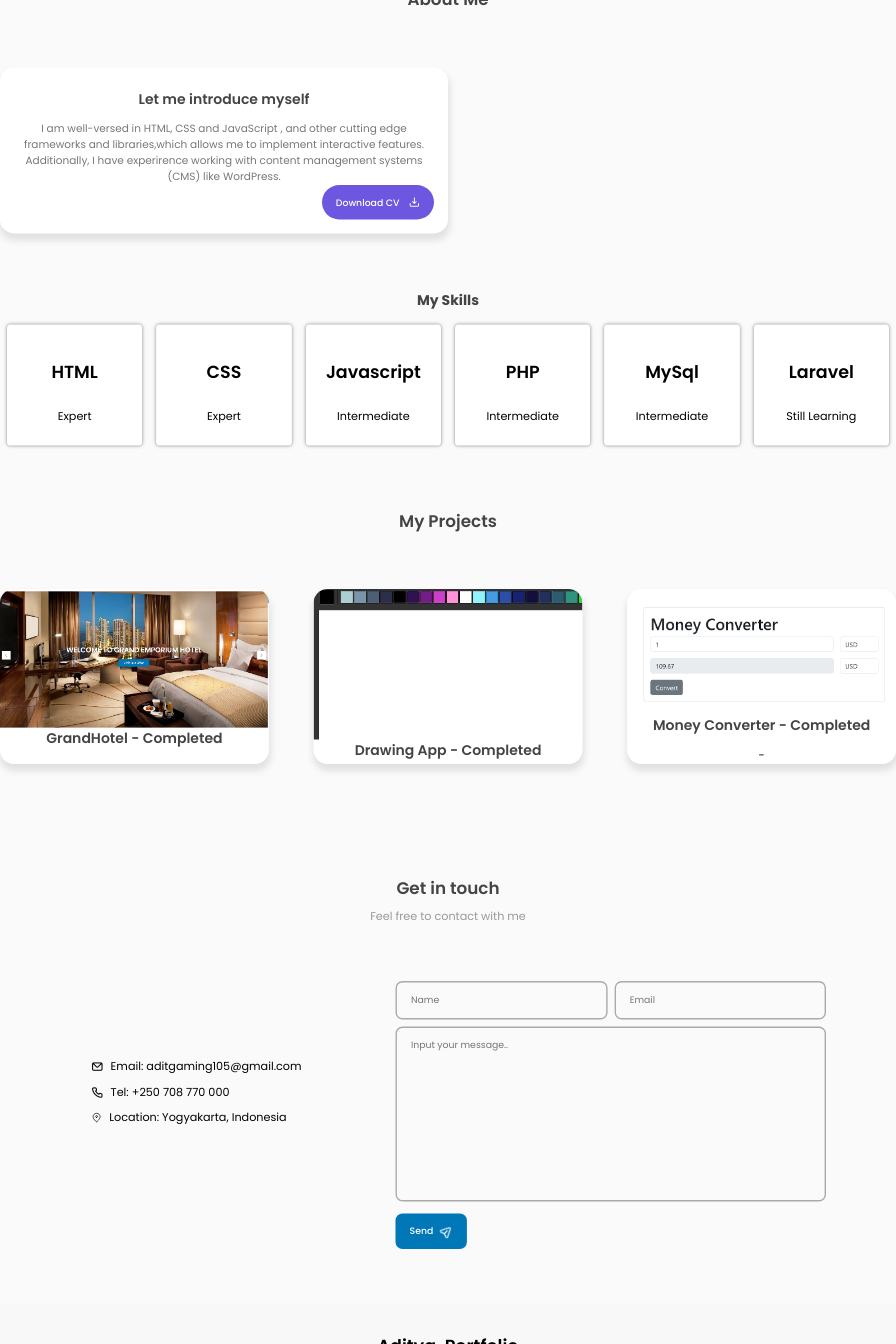
Repository: 4Kbrain/Portofolio
Page: index.html
An editor plug-in stored every save of this project. The page is shown before and after a run of saves, followed by the edit.
The browser window is 1280 px wide. The pictures show the part of the page from y = 818 to 2738 px (the page is 3007 px tall), at 70% of full size.

Above is the page before, as saved 2024-05-15 17:51:32.
Console error: ReferenceError: ScrollReveal is not defined

### index.html
<!DOCTYPE html>
<html lang="en">

<head>
    <meta charset="UTF-8">
    <meta name="viewport" content="width=device-width, initial-scale=1.0">
    <link rel="stylesheet" href="https://unicons.iconscout.com/release/v4.0.8/css/line.css">
    <link rel="stylesheet" href="assets/css/style.css">
    <link rel="shortcut icon" href="assets/img/favicon.png" type="image/x-icon">

    <title>Portfolio | Aditya</title>
</head>

<body>

    <div class="container">
        <!-- header -->
        <nav id="header">
            <div class="nav-logo">
                <a href="#home">
                    <p class="nav-name">Aditya</p>
                    <span>.</span>
                </a>
            </div>
            <div class="nav-menu" id="myNavMenu">
                <ul class="nav_menu_list">
                    <li class="nav_list">
                        <a href="#home" class="nav-link active-link">Home</a>
                        <div class="circle"></div>
                    </li>
                    <li class="nav_list">
                        <a href="#about" class="nav-link">About</a>
                        <div class="circle"></div>
                    </li>
                    <li class="nav_list">
                        <a href="#projects" class="nav-link">Projects</a>
                        <div class="circle"></div>
                    </li>
                    <li class="nav_list">
                        <a href="#contact" class="nav-link">Contact</a>
                        <div class="circle"></div>
                    </li>
                </ul>
            </div>
            <div class="nav-button">
                <a id="downloadCVButton" href="assets/CV/Aditya%20CV.pdf" download="CV.pdf" class="btn">Download CV <i
                        class="uil uil-file-alt"></i></a>
            </div>
            <div class="nav-menu-btn">
                <i class="uil uil-bars" onclick="myMenuFunction()"></i>
            </div>
        </nav>

        <!-- -------------- MAIN ---------------- -->
        <main class="wrapper">
            <!-- -------------- FEATURED BOX ---------------- -->
            <section class="featured-box" id="home">
                <div class="featured-text">
                    <div class="featured-text-card">
                        <span>Aditya Dwi Nugroho</span>
                    </div>
                    <div class="featured-name">
                        <p>I'm <span class="typedText"></span></p>
                    </div>
                    <div class="featured-text-info">
                        <p>I'm a beginner web developer with a passion for creating fully responsive websites. I'm eager to learn and grow in both front-end and back-end development.
                        </p>
                    </div>
                    <div class="featured-text-btn">
                        <button class="btn blue-btn">Contact Me</button>
                        <a id="downloadCVButton" href="assets/CV/Aditya%20CV.pdf" download="CV.pdf" class="btn">Download CV <i class="uil uil-file-alt"></i></a>

                    </div>
                    <div class="social_icons">
                        <div class="icon"><a href="https://www.instagram.com/allen.adityadn/"><i class="uil uil-instagram"></i></a></div>
                        <div class="icon"><a href="https://wa.me/0895339926715"><i class="uil uil-whatsapp"></i></a></div>
                        <div class="icon"><a href="https://github.com/4Kbrain"><i class="uil uil-github-alt"></i></a></div>

                    </div>
                </div>
                <div class="featured-image">
                    <div class="image">
                        <img src="assets/img/avatar.png" alt="avatar">
                    </div>
                </div>

    </div>

    </section>
    <!-- -------------- ABOUT BOX ---------------- -->
    <section class="section" id="about">
        <div class="top-header">
            <h1>About Me</h1>
        </div>
        <div class="row">
            <div class="col">
                <div class="about-info">
                    <h3>Let me introduce myself</h3>
                    <p>I am well-versed in HTML, CSS and JavaScript , and other cutting edge
                        frameworks and libraries,which allows me to implement interactive features.
                        Additionally, I have experirence working with content management systems (CMS) like
                        WordPress.
                    </p>
                    <div class="about-btn">
                        <a href="assets/CV/Aditya%20CV.pdf" download>
                            <button class="btn">Download CV <i class="uil uil-import"></i></button>
                          </a>

                    </div>
                </div>
            </div>
        </div>
    </section>

    <!-- Skills -->
<section class="skills" id="skills">

    <div class="skill" id="skill">
        <h1>My Skills</h1>
        <div class="content">
          <div class="flex">
            <div class="kotak" data-aos="flip-down" data-aos-delay="500">
              <div class="logo">
                <i class="fa-brands fa-html5"></i>
              </div>
              <div class="nama">HTML</div>
              <div class="ukuran">Expert</div>
            </div>
            <div class="kotak" data-aos="flip-right" data-aos-delay="500">
              <div class="logo">
                <i class="fa-brands fa-css3"></i>
              </div>
              <div class="nama">CSS</div>
              <div class="ukuran">Expert</div>
            </div>
            <div class="kotak" data-aos="flip-left" data-aos-delay="500">
              <div class="logo">
                <i class="fa-brands fa-js"></i>
              </div>
              <div class="nama">Javascript</div>
              <div class="ukuran">Intermediate</div>
            </div>
            <div class="kotak" data-aos="flip-up" data-aos-delay="500">
              <div class="logo">
                <i class="fa-brands fa-php"></i>
              </div>
              <div class="nama">PHP</div>
              <div class="ukuran">Intermediate</div>
            </div>
            <div class="kotak" data-aos="fade-up" data-aos-delay="500">
              <div class="logo">
                <i class="fa-solid fa-database"></i>
              </div>
              <div class="nama">MySql</div>
              <div class="ukuran">Intermediate</div>
            </div>
            <div class="kotak" data-aos="flip-down" data-aos-delay="500">
              <div class="logo">
                <i class="fa-brands fa-laravel"></i>
              </div>
              <div class="nama">Laravel</div>
              <div class="ukuran">Still Learning</div>
            </div>
          </div>
        </div>
      </div>

</section>



    <!-- -------------- PROJECT BOX ---------------- -->

    <section class="section" id="projects">
        <div class="top-header">
            <h1>My Projects</h1>
        </div>
        <div class="project-container">
            <div class="project-box">
                <a href=""></a>
                <img src="assets/img/GrandHotel.png" alt="Grand Hotel Project" class="project-image">
                <h3>GrandHotel - Completed</h3>
                <label class="clear">-</label>
            </div>
            <div class="project-box">
                <a href=""></a>
                <img src="assets/img/drawing.png" alt="Drawing App" class="project-image">
                <h3>Drawing App - Completed</h3>
                <label> - </label>
            </div>
            <div class="project-box">
                <h3 class="clear"></h3>
                <img src="assets/img/money.png" alt="3" class="project-image">
                <h3>Money Converter - Completed</h3>
                <label> - </label>
            </div>
        </div>
    </section>



  <!-- Contact me  -->

    <section class="section" id="contact">
        <div class="top-header">
            <h1>Get in touch</h1>
            <span>Feel free to contact with me</span>
        </div>
        <div class="row">
            <div class="col">
                <div class="contact-info">
                    <p><i class="uil uil-envelope"></i> Email: aditgaming105@gmail.com</p>
                    <p><i class="uil uil-phone"></i> Tel: +250 708 770 000</p>
                    <p><svg xmlns="http://www.w3.org/2000/svg" width="1em" height="1em" viewBox="0 0 24 24"><g fill="none" stroke="currentColor" stroke-linecap="round" stroke-linejoin="round" stroke-width="1.5"><path d="M12.56 20.82a.964.964 0 0 1-1.12 0C6.611 17.378 1.486 10.298 6.667 5.182A7.592 7.592 0 0 1 12 3c2 0 3.919.785 5.333 2.181c5.181 5.116.056 12.196-4.773 15.64"/><path d="M12 12a2 2 0 1 0 0-4a2 2 0 0 0 0 4"/></g></svg>Location: Yogyakarta, Indonesia</p>
                </div>
            </div>
            <div class="col">
                <div class="form-control">
                    <div class="form-inputs">
                        <input type="text" class="input-field" placeholder="Name">
                        <input type="text" class="input-field" placeholder="Email">
                    </div>
                    <div class="text-area">
                        <textarea placeholder="Input your message.."></textarea>
                    </div>
                    <div class="form-button">
                        <button class="btn">Send <i class="uil uil-message"></i></button>
                    </div>
                </div>
            </div>
        </div>
    </section>

    </main>

    <!-- Footer -->
    <footer>
        <div class="top-footer">
            <p>Aditya. Portfolio</p>
        </div>
        <div class="middle-footer">
            <ul class="footer-menu">
                <li class="footer_menu_list">
                    <a href="#home">Home</a>
                </li>
                <li class="footer_menu_list">
                    <a href="#about">About</a>
                </li>
                <li class="footer_menu_list">
                    <a href="#projects">Projects</a>
                </li>
                <li class="footer_menu_list">
                    <a href="#contact">Contact</a>
                </li>
            </ul>
        </div>
        <div class="footer-social-icons">
            <div class="icon"><a href="https://www.instagram.com/allen.adityadn/"><i class="uil uil-instagram"></i></a></div>
            <div class="icon"><a href="https://wa.me/0895339926715"><i class="uil uil-whatsapp"></i></a></div>
            <div class="icon"><a href="https://github.com/4Kbrain"><i class="uil uil-github-alt"></i></a></div>
        </div>
        <div class="bottom-footer">
            <p>Copyright &copy; <a href="https://www.instagram.com/allen.adityadn/" style="text-decoration: none;">@allen.adityadn</a> - All rights reserved</p>
        </div>
    </footer>

    </div>

    <script src="https://unpkg.com/typed.js@2.0.16/dist/typed.umd.js"></script>
    <script src="assets/js/script.js"></script>
</body>

</html>

Loaded but not shown: assets/js/script.js (126 lines, source omitted); assets/css/style.css (741 lines, source omitted)

After the next 2 saves:
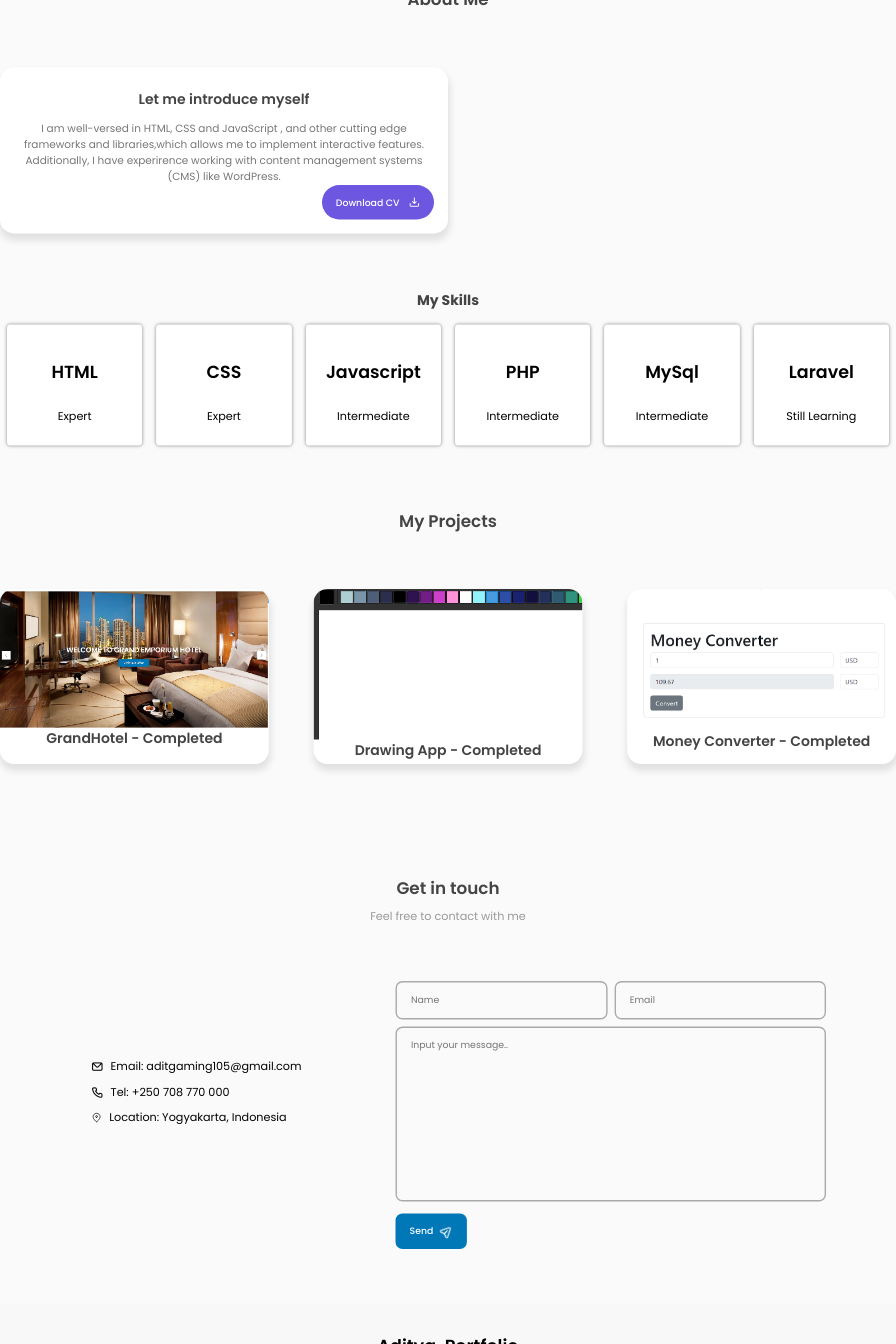
The 2 saves are shown as one change because they came seconds apart.
The last was saved 6 s later.
--- a/index.html
+++ b/index.html
@@ -189,6 +189,7 @@
                 <label> - </label>
             </div>
             <div class="project-box">
+                <h3 class="clear">a</h3>
                 <h3 class="clear"></h3>
                 <img src="assets/img/money.png" alt="3" class="project-image">
                 <h3>Money Converter - Completed</h3>
